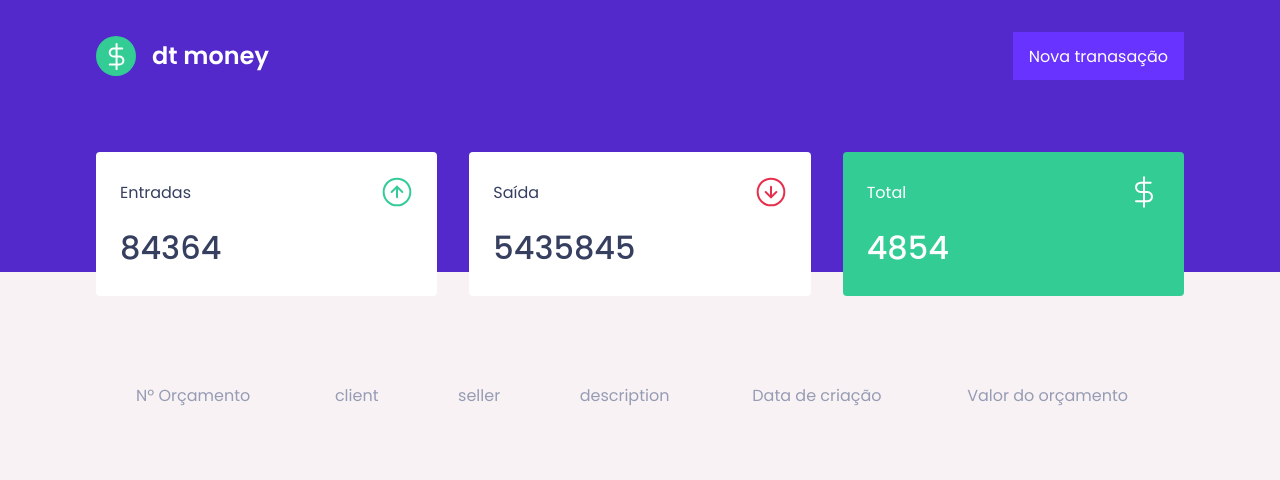
Repository: soualexandre/frentend-botOrcamentos
Page: /
An editor plug-in stored every save of this project. The page is shown before and after the next save, followed by the edit.
The browser window is 1280 px wide. The pictures show the whole page.
The page's requests for data from a server got no answer. The project was rebuilt for these pictures with package versions that can differ from the ones it lists, and the page was loaded fresh each time. No one was signed in, and anything a server would have sent is missing.

Above is the page before, as saved 2021-07-20 16:24:05.

After the next save:
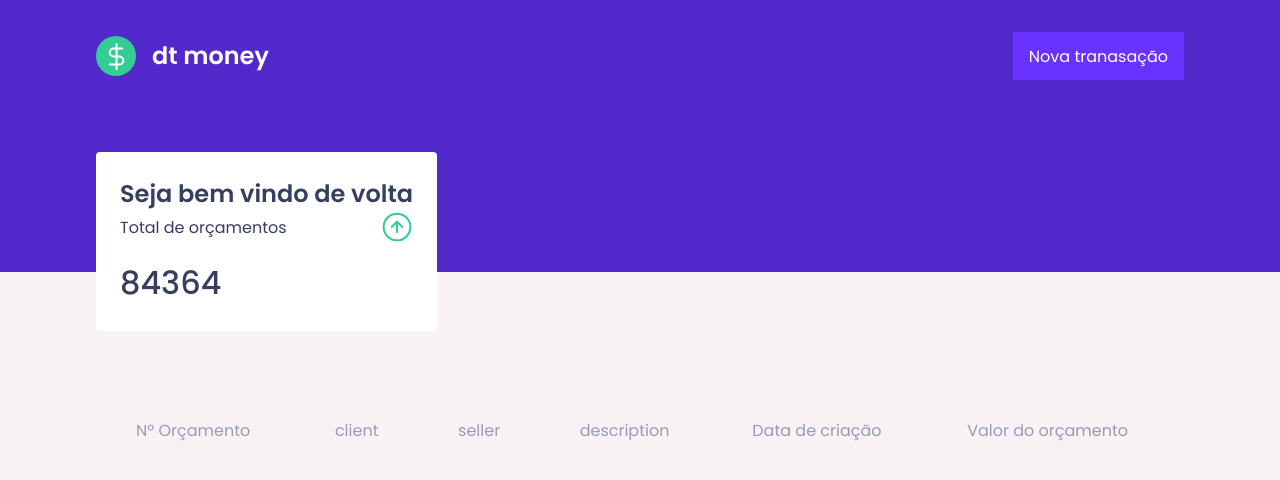
Saved 3 min 8 s later.
--- a/src/components/Sumary/index.tsx
+++ b/src/components/Sumary/index.tsx
@@ -1,41 +1,21 @@
 import { Container } from './styles'
 import iconImg from '../../assets/income.svg'
-import outcomeImg from '../../assets/outcome.svg'
-import totalImg from '../../assets/total.svg'
-import { useTransactions } from '../../hooks/useTransactions';
 
 export function Sumary() {
-    const { transactions } = useTransactions();
-
 
 
     return (
         <Container>
             <div>
+                    <h2>
+                        Seja bem vindo de volta
+                    </h2>
                 <header>
-                    <p>Entradas</p>
+                    <p>Total de orçamentos</p>
                     <img src={iconImg} alt=" icon" />
                 </header>
                 <strong>
-                 84364
-                </strong>
-            </div>
-            <div>
-                <header>
-                    <p>Saída</p>
-                    <img src={outcomeImg} alt="out icon" />
-                </header>
-                <strong >
-                  5435845
-                </strong>
-            </div>
-            <div className="highlightBackground">
-                <header>
-                    <p>Total</p>
-                    <img src={totalImg} alt="Total icon" />
-                </header>
-                <strong>
-                   4854
+                    84364
                 </strong>
             </div>
         </Container >
